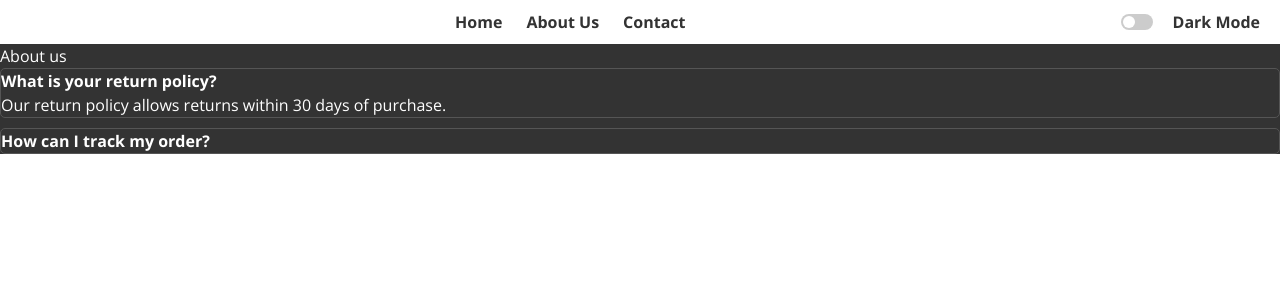
Repository: sriram1224/Text-converter
Page: /about, after clicking the first element matching `div.faq-question`
These files come from the project's save history. The page is drawn as it stood at one moment and after the next save; the edit follows.
The browser window is 1280 px wide. The pictures show the whole page.
The project was rebuilt for these pictures with package versions that can differ from the ones it lists, and the page was loaded fresh each time. Also part of the build but not shown: src/Home.css, src/Home.jsx.

Above is the page before, as saved 2024-03-27 15:51:22.

After the next save:
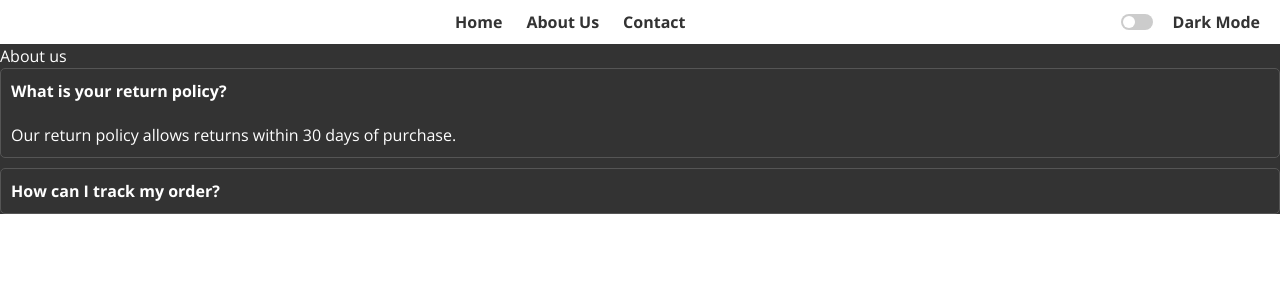
Saved 5 s later.
--- a/src/about.css
+++ b/src/about.css
@@ -26,3 +26,31 @@
 .faq-answer.dark-text {
     padding: 10px;
 }
+/* Light Mode */
+.faq.light-item {
+    background-color: #fff;
+    /* Light background color */
+    color: #333;
+    /* Dark text color */
+}
+
+.faq.light-item h1 {
+    color: #333;
+    /* Dark text color for the heading */
+}
+
+.faq-item.light-item {
+    border: 1px solid #ccc;
+    /* Light border */
+    border-radius: 5px;
+    margin-bottom: 10px;
+}
+
+.faq-question.light-text {
+    cursor: pointer;
+    padding: 10px;
+}
+
+.faq-answer.light-text {
+    padding: 10px;
+}
